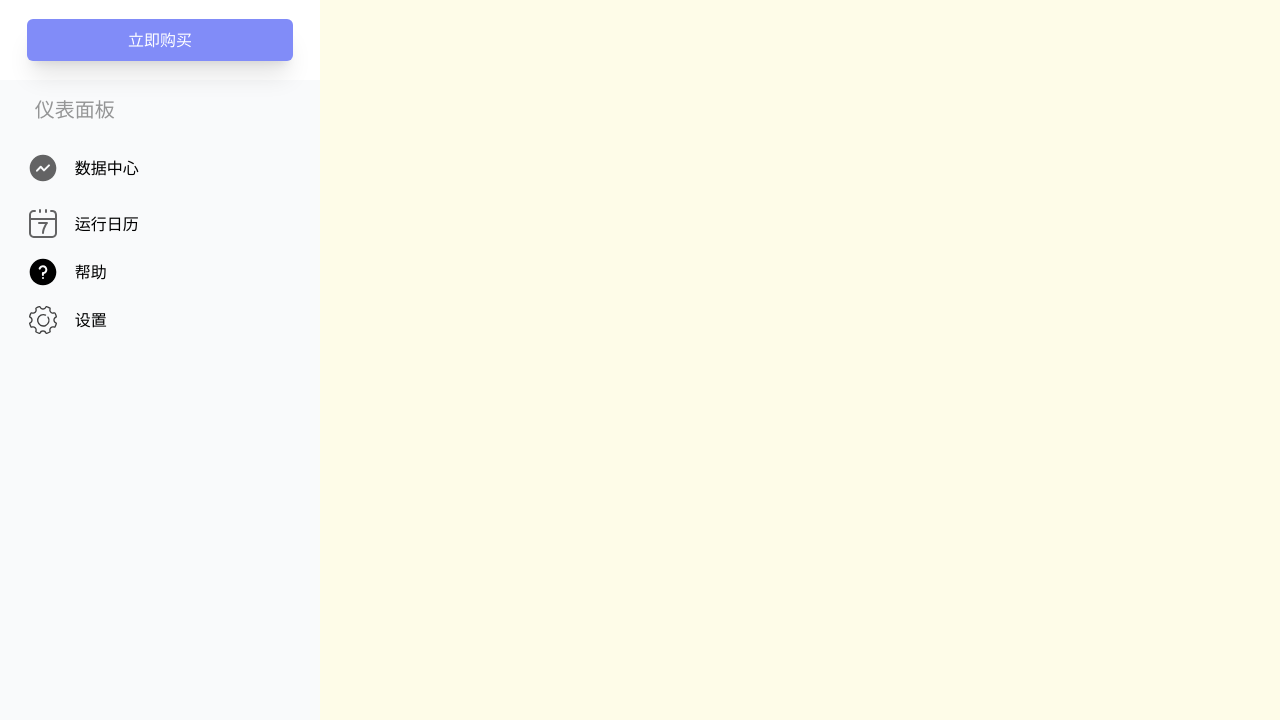
Repository: LiuRuohui/useWater
Page: /
An editor plug-in stored every save of this project. The page is shown before and after the next save, followed by the edit.
The browser window is 1280 px wide. The pictures show the whole page.
The project was rebuilt for these pictures with package versions that can differ from the ones it lists, and the page was loaded fresh each time. Also part of the build but not shown: vite.config.js.

Above is the page before, as saved 2022-04-06 09:19:11.

### src/App.vue
<script setup>
import HelloWorld1 from './components/HelloWorld.vue';
</script>

<template>
  <HelloWorld1></HelloWorld1>
</template>

<style>
</style>

### src/index.css
@tailwind base;
@tailwind components;
.inputFrame {
    @apply appearance-none rounded-none relative block w-full px-3 py-2 border border-gray-300 placeholder-gray-500 text-gray-900
}

.inputFrame:focus {
    @apply outline-none border-indigo-500 z-10 inline-block px-5 py-3 rounded-lg shadow-lg
}

.btn {
    @apply relative flex w-full justify-center py-2 border border-transparent font-medium rounded-md text-white bg-indigo-400
}

.btn:hover {
    @apply bg-indigo-500
}

.btn:focus {
    @apply outline-none ring-2 ring-offset-2 ring-indigo-400
}

@tailwind utilities;

### src/components/HelloWorld.vue
<script setup>

</script>

<template>
<div class="w-full h-screen flex flex-row">
  <div class="w-1/4 h-screen justify-center items-center flex flex-col">
    <div class="w-full h-20 justify-center items-center flex">
        <div class="w-5/6">
            <button class="btn text-white justify-center items-center shadow-xl">立即购买</button>
        </div>
    </div>
    <div class="w-full flex flex-grow bg-gray-50 justify-center">
        <div class="w-5/6 pt-4 flex flex-col">
            <div class="h-8 text-xl opacity-40 pl-2">仪表面板</div>
            <div class="mt-4 flex flex-grow flex-col">
                <div class="flex flex-col my-2">
                    <div class="flex flex-row">
                      <img src="../assets/数据.svg" alt="" class="h-8 opacity-60">
                      <div class="pl-4 pt-1">数据中心</div>
                    </div>
                    <div class="mt-2 ">

                    </div>
                </div>
                <div class="flex flex-row my-2">
                  <img src="../assets/日历.svg" alt="" class="h-8 opacity-60">
                  <div class="pl-4 pt-1">运行日历</div>
                </div>
                <div class="flex flex-row my-2">
                  <img src="../assets/帮助.svg" alt="" class="h-8">
                  <div class="pl-4 pt-1">帮助</div>
                </div>
                <div class="flex flex-row my-2">
                  <img src="../assets/设置.svg" alt="" class="h-8">
                  <div class="pl-4 pt-1">设置</div>
                </div>
            </div>
        </div>
    </div>
  </div>
  <div class="flex flex-grow bg-yellow-50">

  </div>
</div>
</template>

<style scoped>

</style>

### tailwind.config.js
module.exports = {
    content: [
        "./index.html",
        "./src/**/*.{vue,js,ts,jsx,tsx}",
    ],
    theme: {
        extend: {},
    },
    variants: {
        backgroundColor: ['responsive', 'hover', 'focus', 'active']
    },
    plugins: [],
}

Loaded but not shown: index.html (common file); src/main.js (common file)

After the next save:
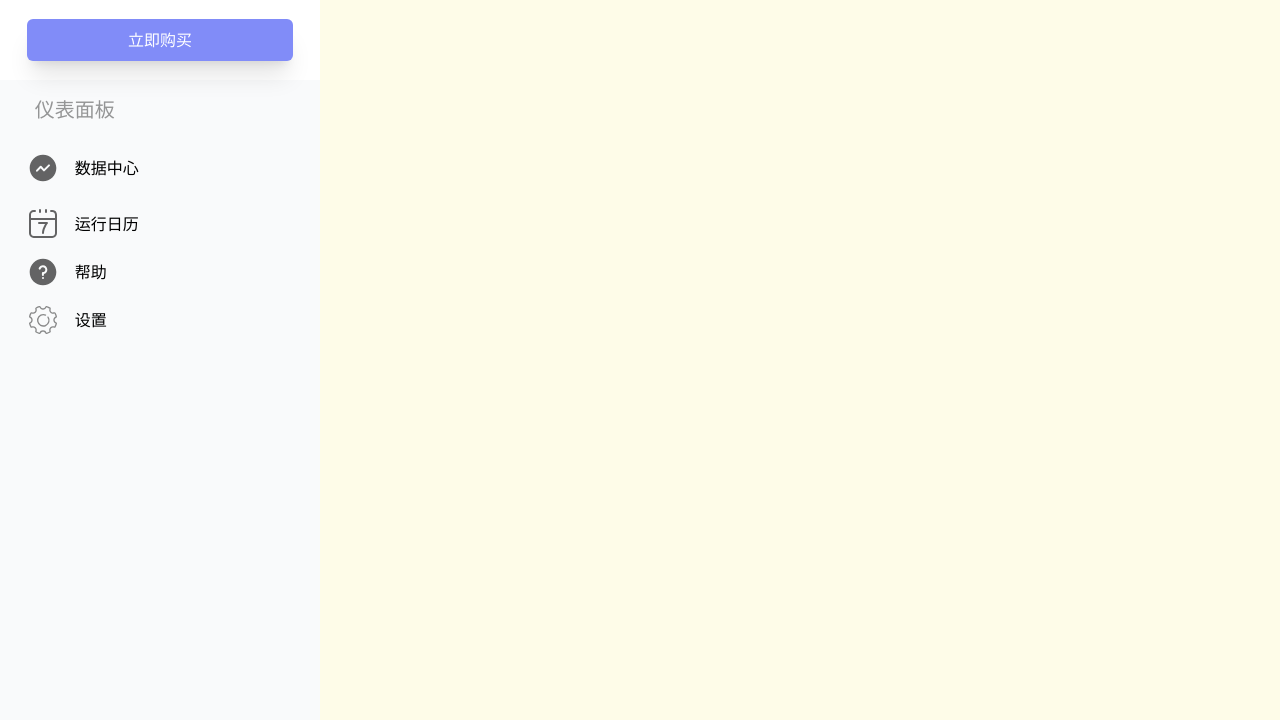
Saved 9 s later.
--- a/src/components/HelloWorld.vue
+++ b/src/components/HelloWorld.vue
@@ -28,11 +28,11 @@
                   <div class="pl-4 pt-1">运行日历</div>
                 </div>
                 <div class="flex flex-row my-2">
-                  <img src="../assets/帮助.svg" alt="" class="h-8">
+                  <img src="../assets/帮助.svg" alt="" class="h-8 opacity-60">
                   <div class="pl-4 pt-1">帮助</div>
                 </div>
                 <div class="flex flex-row my-2">
-                  <img src="../assets/设置.svg" alt="" class="h-8">
+                  <img src="../assets/设置.svg" alt="" class="h-8 opacity-60">
                   <div class="pl-4 pt-1">设置</div>
                 </div>
             </div>
